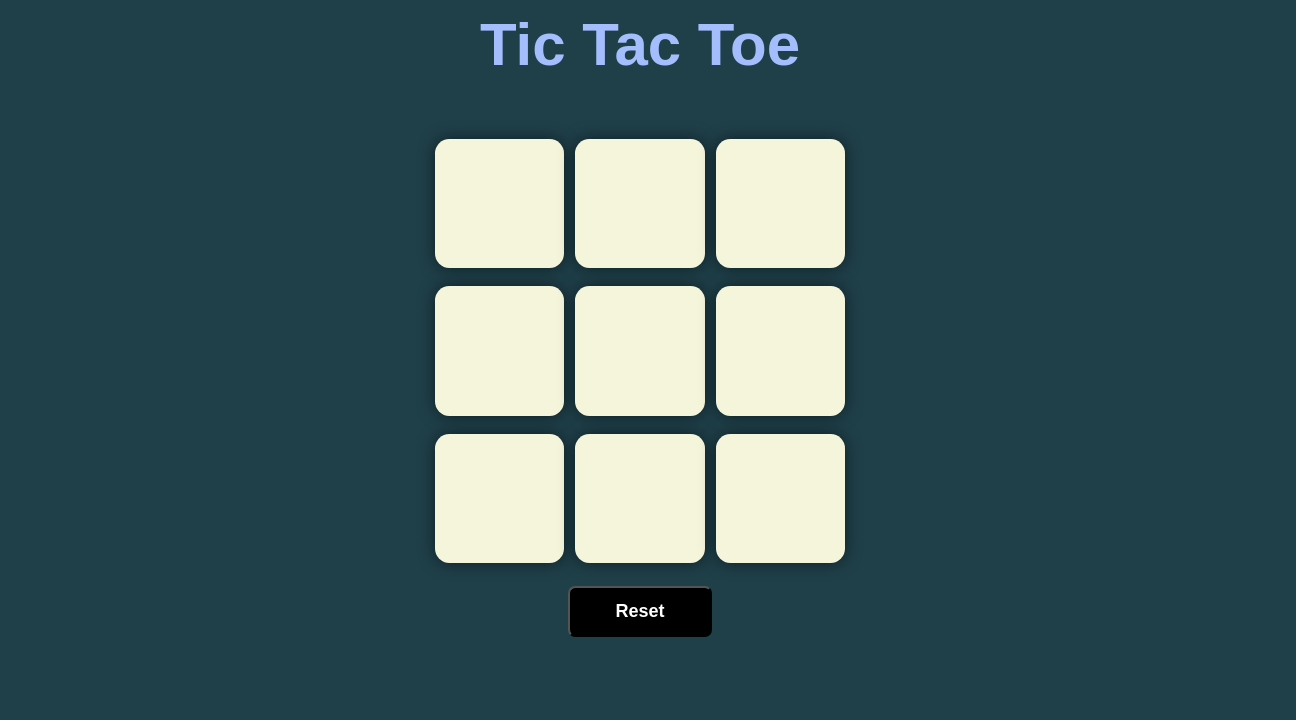
Repository: AreezAnsari/Tic-Tac-Toe
Page: Game/Game.html
The author's editor kept a copy of each file at every save. The page is drawn from the files as they stood at one save, then again after the next save.
The browser window is 1280 px wide. The page is 1280 px wide, then 1296 px, so the pictures cover 1296 px, including what lies to the right of the window. The pictures show the whole page.

Above is the page before, as saved 2025-06-02 12:37:50.
Console error: TypeError: box.addEventListener is not a function

### Game/Game.html
<!DOCTYPE html>
<html lang="en">
<head>
    <meta charset="UTF-8">
    <meta name="viewport" content="width=device-width, initial-scale=1.0">
    <title>Document</title>
    <link rel="stylesheet" href="Game.css">
</head>
<body>
    <div class="msg-container hide">
        <p class="msg">Winner</p>
        <button class="new-btn">New Game</button>
    </div>
    <main>
        <h1>Tic Tac Toe</h1>
    <div class="container">
        <div class="game">
        <button class="box"></button>
        <button class="box"></button>
        <button class="box"></button>
        <button class="box"></button>
        <button class="box"></button>
        <button class="box"></button>
        <button class="box"></button>
        <button class="box"></button>
        <button class="box"></button>
        </div>
        </div>
        <button class="reset-btn">Reset</button>
    </main>
    <script src="Game.js"></script>
</body>
</html>

### Game/Game.css
* {
    margin: 0;
    padding: 0;
    box-sizing: border-box;
}

body {
    text-align: center;
    background-color: #1F3F49;
    font-family: sans-serif;
    perspective: 1000px; /* Enables 3D space */
}

h1 {
    color: #A4BDFC;
    margin-top: 10px;
    padding-bottom: 20px;
    font-size: 60px;
}

.container {
    text-align: center;
    height: 70vh;
    display: flex;
    justify-content: center;
    align-items: center;
}

.game {
    height: 60vmin;
    width: 60vmin;
    gap: 1.5vmin;
    display: flex;
    flex-wrap: wrap;
    align-items: center;
    justify-content: center;
    transform-style: preserve-3d;
}

.box {
    color: black;
    background-color: beige;
    height: 18vmin;
    width: 18vmin;
    font-weight: bolder;
    font-size: xxx-large;
    border: none;
    border-radius: 2vmin;
    box-shadow: 0 0 1rem rgba(0, 0, 0, 0.5);
    transition: transform 0.3s ease, box-shadow 0.3s ease;
    transform: rotateX(0deg) rotateY(0deg);
}

.box:hover {
    color: #ff0000;
    transform: rotateY(10deg) rotateX(10deg) translateZ(5px);
    box-shadow: 0 10px 20px rgba(0, 0, 0, 0.7);
}

.box:active {
    transform: rotateY(0deg) rotateX(0deg) scale(0.95);
    box-shadow: 0 5px 10px rgba(0, 0, 0, 0.4);
}

.reset-btn,
.new-btn {
    align-items: center;
    padding: 1vmin;
    font-size: 2.5vmin;
    font-weight: bold;
    background-color: black;
    color: white;
    border-radius: 1vmin;
    width: 20vmin;
    height: 7vmin;
    margin-top: -10vmin;
    transition: transform 0.3s ease, color 0.3s ease;
}

.reset-btn:hover,
.new-btn:hover {
    color: red;
    transform: translateY(-2px);
}

.reset-btn:active,
.new-btn:active {
    transform: scale(0.98);
}

.msg {
    padding: 10px;
    font-size: 8vmin;
    color: beige;
}

.msg-container {
    height: 20vmin;
}

.hide {
    display: none;
}

### Game/Game.js
let box = document.querySelectorAll(".box");
let button = document.querySelector("button");
let container = document.querySelector(".container");

let value = "X";

const btn = () => {
  if (value === "X") {
    button.innerHTML = "Y";
    Value = "Y";
  } else {
    button.innerText = "X";
    Value = "X";
  }
};

box.addEventListener("click", btn);

After the next save:
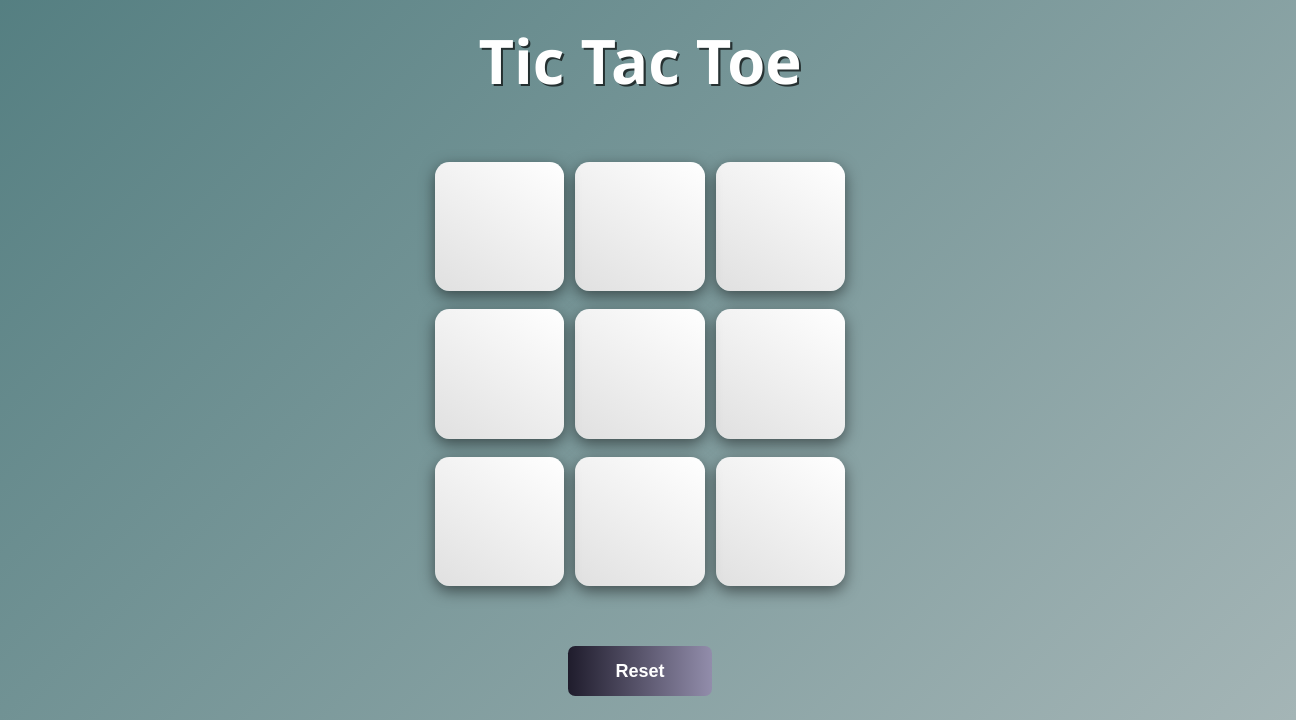
Saved 2 min 13 s later.
--- a/Game/Game.css
+++ b/Game/Game.css
@@ -5,17 +5,33 @@
 }
 
 body {
+    font-family: 'Segoe UI', Tahoma, Geneva, Verdana, sans-serif;
+    background: linear-gradient(135deg, #1f3f49, #3c6e71, #d9d9d9);
+    background-size: 400% 400%;
+    animation: gradientBG 15s ease infinite;
     text-align: center;
-    background-color: #1F3F49;
-    font-family: sans-serif;
-    perspective: 1000px; /* Enables 3D space */
+    perspective: 1000px;
+    overflow-x: hidden;
+}
+
+@keyframes gradientBG {
+    0% { background-position: 0% 50%; }
+    50% { background-position: 100% 50%; }
+    100% { background-position: 0% 50%; }
 }
 
 h1 {
-    color: #A4BDFC;
-    margin-top: 10px;
+    color: #ffffff;
+    margin-top: 20px;
     padding-bottom: 20px;
     font-size: 60px;
+    animation: titlePop 2s ease-in-out infinite alternate;
+    text-shadow: 2px 2px #000000aa;
+}
+
+@keyframes titlePop {
+    from { transform: scale(1); }
+    to { transform: scale(1.05); }
 }
 
 .container {
@@ -29,69 +45,87 @@
 .game {
     height: 60vmin;
     width: 60vmin;
-    gap: 1.5vmin;
     display: flex;
     flex-wrap: wrap;
+    gap: 1.5vmin;
     align-items: center;
     justify-content: center;
     transform-style: preserve-3d;
+    transition: transform 1s ease-in-out;
+    animation: rotateGame 10s linear infinite;
+}
+
+@keyframes rotateGame {
+    0% { transform: rotateY(0deg); }
+    50% { transform: rotateY(180deg); }
+    100% { transform: rotateY(360deg); }
 }
 
 .box {
-    color: black;
-    background-color: beige;
+    background: linear-gradient(145deg, #ffffff, #e0e0e0);
     height: 18vmin;
     width: 18vmin;
     font-weight: bolder;
     font-size: xxx-large;
     border: none;
     border-radius: 2vmin;
-    box-shadow: 0 0 1rem rgba(0, 0, 0, 0.5);
-    transition: transform 0.3s ease, box-shadow 0.3s ease;
-    transform: rotateX(0deg) rotateY(0deg);
+    box-shadow: 0 5px 15px rgba(0, 0, 0, 0.5);
+    transition: transform 0.4s ease, box-shadow 0.4s ease, background 0.4s;
+    cursor: pointer;
+    color: #1f3f49;
 }
 
 .box:hover {
-    color: #ff0000;
-    transform: rotateY(10deg) rotateX(10deg) translateZ(5px);
-    box-shadow: 0 10px 20px rgba(0, 0, 0, 0.7);
+    transform: rotateY(15deg) rotateX(10deg) translateZ(10px);
+    background: linear-gradient(145deg, #ffe3e3, #ffd6a5);
+    box-shadow: 0 10px 25px rgba(0, 0, 0, 0.7);
+    color: #ff006e;
 }
 
 .box:active {
-    transform: rotateY(0deg) rotateX(0deg) scale(0.95);
+    transform: scale(0.95);
     box-shadow: 0 5px 10px rgba(0, 0, 0, 0.4);
 }
 
 .reset-btn,
 .new-btn {
-    align-items: center;
+    margin: 20px 10px;
     padding: 1vmin;
     font-size: 2.5vmin;
     font-weight: bold;
-    background-color: black;
+    background: linear-gradient(to right, #1f1c2c, #928dab);
     color: white;
+    border: none;
     border-radius: 1vmin;
     width: 20vmin;
     height: 7vmin;
-    margin-top: -10vmin;
-    transition: transform 0.3s ease, color 0.3s ease;
+    transition: transform 0.3s ease, color 0.3s ease, background 0.3s ease;
+    cursor: pointer;
 }
 
 .reset-btn:hover,
 .new-btn:hover {
-    color: red;
-    transform: translateY(-2px);
+    color: yellow;
+    background: linear-gradient(to right, #fc466b, #3f5efb);
+    transform: scale(1.05);
 }
 
 .reset-btn:active,
 .new-btn:active {
-    transform: scale(0.98);
+    transform: scale(0.95);
 }
 
 .msg {
     padding: 10px;
     font-size: 8vmin;
-    color: beige;
+    color: #fff6d6;
+    text-shadow: 2px 2px #000;
+    animation: bounceMsg 1s ease-in-out infinite alternate;
+}
+
+@keyframes bounceMsg {
+    from { transform: translateY(0); }
+    to { transform: translateY(-10px); }
 }
 
 .msg-container {
